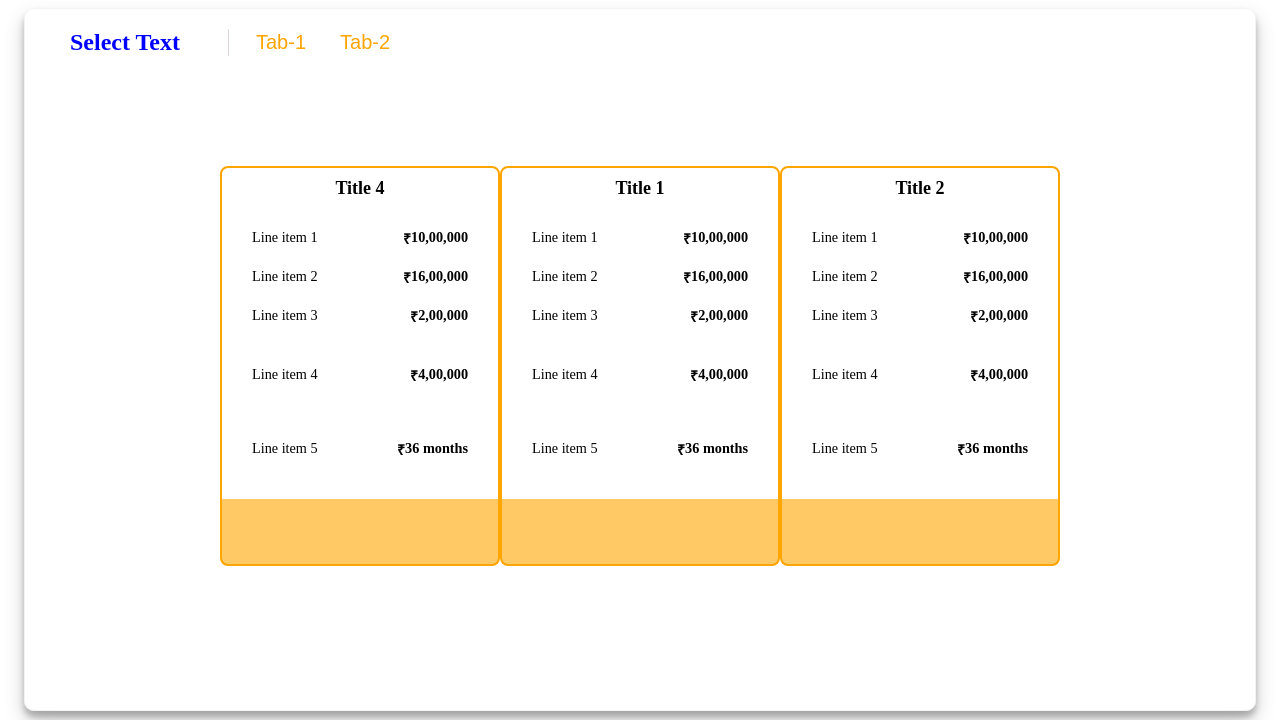
Repository: Adityanarayan-tiwari/Cardbox
Page: index.html
An editor plug-in stored every save of this project. The page is shown before and after the next save, followed by the edit.
The browser window is 1280 px wide. The pictures show the whole page.

Above is the page before, as saved 2020-07-25 15:20:49.

### index.html
<!DOCTYPE html>
<html lang="en">
<head>
    <meta charset="UTF-8">
    <meta name="viewport" content="width=device-width, initial-scale=1.0">
    <title>CardBox</title>
    <link rel="stylesheet" href="./index.css">
</head>
<body>




    <!-- Page Wrapper -->
    <div class="page-wrapper">
        <div class="page-heading" id="myDIV">
            <h2>Select Text</h2>
            <button class="prev btn">Tab-1</button>
            <button class="next btn">Tab-2</button>
        </div>

        <!-- Card Slider -->
        <div class="card-slider">

            <!--  Card Wrapper -->
                <div class="card-wrapper">
                    <div class="card">
                        <h3>Title 1</h3>
                    <div class="card-content">
                        <ul>
                            <li>Line item 1</li>
                            <li><span>&#8377</span>10,00,000</li>
                        </ul>
                        <ul>
                            <li>Line item 2</li>
                            <li><span>&#8377</span>16,00,000</li>
                        </ul>
                        <ul>
                            <li>Line item 3</li>
                            <li><span>&#8377</span>2,00,000</li>
                        </ul>
                        <ul>
                            <li>Line item 4</li>
                            <li><span>&#8377</span>4,00,000</li>
                        </ul>
                        <ul>
                            <li>Line item 5</li>
                            <li><span>&#8377</span>36 months</li>
                        </ul>
                    </div>
                    <div class="lower"></div>
                    </div>
                    <div class="card">
                        <h3>Title 2</h3>
                    <div class="card-content">
                        <ul>
                            <li>Line item 1</li>
                            <li><span>&#8377</span>10,00,000</li>
                        </ul>
                        <ul>
                            <li>Line item 2</li>
                            <li><span>&#8377</span>16,00,000</li>
                        </ul>
                        <ul>
                            <li>Line item 3</li>
                            <li><span>&#8377</span>2,00,000</li>
                        </ul>
                        <ul>
                            <li>Line item 4</li>
                            <li><span>&#8377</span>4,00,000</li>
                        </ul>
                        <ul>
                            <li>Line item 5</li>
                            <li><span>&#8377</span>36 months</li>
                        </ul>
                    </div>
                    <div class="lower"></div>
                    </div>
                    <div class="card">
                        <h3>Title 3</h3>
                    <div class="card-content">
                        <ul>
                            <li>Line item 1</li>
                            <li><span>&#8377</span>10,00,000</li>
                        </ul>
                        <ul>
                            <li>Line item 2</li>
                            <li><span>&#8377</span>16,00,000</li>
                        </ul>
                        <ul>
                            <li>Line item 3</li>
                            <li><span>&#8377</span>2,00,000</li>
                        </ul>
                        <ul>
                            <li>Line item 4</li>
                            <li><span>&#8377</span>4,00,000</li>
                        </ul>
                        <ul>
                            <li>Line item 5</li>
                            <li><span>&#8377</span>36 months</li>
                        </ul>
                    </div>
                    <div class="lower"></div>
                    </div>
                    <div class="card">
                        <h3>Title 4</h3>
                    <div class="card-content">
                        <ul>
                            <li>Line item 1</li>
                            <li><span>&#8377</span>10,00,000</li>
                        </ul>
                        <ul>
                            <li>Line item 2</li>
                            <li><span>&#8377</span>16,00,000</li>
                        </ul>
                        <ul>
                            <li>Line item 3</li>
                            <li><span>&#8377</span>2,00,000</li>
                        </ul>
                        <ul>
                            <li>Line item 4</li>
                            <li><span>&#8377</span>4,00,000</li>
                        </ul>
                        <ul>
                            <li>Line item 5</li>
                            <li><span>&#8377</span>36 months</li>
                        </ul>
                    </div>
                    <div class="lower"></div>
                    </div>
                </div>
            <!-- // Card Wrapper -->

        </div>
        <!-- // Card Slider -->

    </div>
    <!-- // Page Wrapper -->







    <!-- JQuery cdn Link -->
    <script src="https://code.jquery.com/jquery-3.5.1.slim.min.js"></script>

    <!-- Slick Carousel JS cdn Link -->
    <script type="text/javascript" src="https://cdn.jsdelivr.net/npm/slick-carousel@1.8.1/slick/slick.min.js"></script>

    <!-- Custom JavaScript -->
    <script src="./index.js"></script>
</body>
</html>

### index.css




.page-wrapper{
    max-width: 1200px;
    margin: 0 auto;
    padding: 0 15px;
    border: 1px solid #f3f3f3;
    box-shadow: 0 10px 20px rgba(0,0,0,0.19), 0 6px 6px rgba(0,0,0,0.23);
    border-radius: 10px;
}



.page-heading{
    display: flex;
}
.page-heading h2 {
    margin: 20px 30px;
    color: blue;
    padding-right: 4%;
    border-right: 1px solid rgb(223, 213, 213);
    margin-right: 10px;
}
.page-heading .next,.prev {
    margin: 10px;
    display: block;
    background: transparent;
    border: 1px solid transparent;
    color: orange;
    font-size: 20px;
    outline: none;
    cursor: pointer;
}
/* .page-heading .next:hover{
    text-decoration: underline;
}
.page-heading .prev:hover{
    text-decoration: underline;
} */



.card-slider{
    margin: 2% auto 0% auto;
    /* background-color:yellowgreen; */
    /* border: 1px solid black;     */
}
.card-slider .card-wrapper{
    width: 70%;
    height: 550px;
    margin: 0 auto;
    overflow: hidden;
    /* background-color: bisque; */
    /* border:1px solid green; */
    padding: 3% 0 2% 0%;
}


.card-slider .card-wrapper .card{
    max-width: 300px;
    min-height: 400px;
    margin: 30px 0px 20px 0px;

    border: 2px solid orange;
    border-radius: 8px;
    background:white;
    outline: none;
    box-sizing:border-box;

    display: inline-block;
    position: relative;
}



.card h3{
    font-size: 18px;
    margin:0 auto;
    margin-top: 10px;
    margin-bottom:0px;
    text-align: center;
}


.card-content{
    padding: 20px 10px;
    padding-bottom: 60px;
}
.card-content ul{
    padding: 0;
    margin: 0;
    padding: 10px 0;
    display: flex;
    justify-content: space-between;
}
.card-content ul li{
    list-style: none;
    display: flex;
    padding: 0 20px;
    font-size: 0.89em;
}
.card-content ul li:nth-child(2){
    font-weight: bold;
}

.card-content ul:nth-child(4) {
    padding-top: 30px;
    padding-bottom: 35px;
}
.card-content ul:nth-child(5){
    padding-top: 20px;
    padding-bottom: 5px;
}
.lower {
    width: 100%;
    background: orange;
    height: 65px;
    box-sizing: border-box;
    position: absolute;
    bottom: 0;
    padding-top: 10px;
    opacity: .6;
}


    /* card hover  */

    /* .card:hover:after{
    position: absolute;
    content:'';
    bottom:-15px;
    width: 100%;
    height: 6px;
    border-radius: 40%;
    background:rgb(247, 243, 243);
} */





.card:hover {
    /* transform: scale(1.3); */
    transform:  translateX(0px) translateY(-32px) translateZ(0px) scale(1.2);
    transition: 1s ease-in-out;
    z-index: 1;
}

.card:hover h3{
    background: orange;
    border-radius: 20px;
    color: white;
    padding: 1% 3% 4% 3%;
    position: absolute;
    top: -3%;
    left: 50%;
    transform: translate(-50%,-50%);
    width: 150px;
}
.card:hover .middle {
    padding-top: 50px;
    padding-bottom: 60px;
}


.slick-slide + .slick-slide {
    pointer-events: none;
}
.slick-slide + .slick-current  {
    pointer-events: fill;
}



.card-wrapper .card:nth-child(1){
    order: 1;
    /* pointer-events: none; */
}
.card-wrapper .card:nth-child(2){
    order: 2;
}





/* mystyle */


.btnactive, .btn:hover {
    text-decoration: underline;
  }


.active{
    transform:  translateX(0px) translateY(-32px) translateZ(0px) scale(1.2);
    transition: 1s ease-in-out;
    z-index: 1;
}

.active:after{
    position: absolute;
    content:'';
    bottom:-15px;
    width: 100%;
    height: 6px;
    border-radius: 40%;
    background:rgb(247, 243, 243);
}

### index.js

// Add active class to the current button (highlight it)
var header = document.getElementById("myDIV");
var btns = header.getElementsByClassName("btn");
for (var i = 0; i < btns.length; i++) {
  btns[i].addEventListener("click", function() {
  var current = document.getElementsByClassName("btnactive");
  if (current.length > 0) {
    current[0].className = current[0].className.replace(" btnactive", "");
  }
  this.className += " btnactive";
  });
}

$(document).ready(function(){


    $("btn").click(function(){
        $(".card.slick-slide.slick-current.slick-active.slick-center").addClass("active");
        if($(this).hasClass('active'))
        {
            $(this).addClass('active').removeClass('red');
        }
        else
        {
        $(this).addClass('red').removeClass('blue');
        }
      });





    $('.card-wrapper').slick({

    slidesToShow: 3,
    slidesToScroll: 1,

    accessibility: true,
    adaptiveHeight: true,
    centerMode: true,
    centerPadding: '0px',

    nextArrow:$('.next'),
    prevArrow:$('.prev'),
    responsive: [
    {
        breakpoint: 1240,
        settings: {
            arrows: true,
            slidesToShow: 3
        }
        },
        {
        breakpoint: 768,
        settings: {
            arrows: false,
            slidesToShow: 3
        }
        },
        {
        breakpoint: 480,
        settings: {
            arrows: false,
            slidesToShow: 1
        }
        }
    ]

    });
    // $('.card-wrapper').on('afterChange', function(event, slick, currentSlide){
    //     $('.card').removeClass('active');
    //     $('.card').addClass('active');
    // });

    // $('.card-wrapper').on('beforeChange', function(event, slick, currentSlide){
    //     $('.card').removeClass('active');
    //     $('.card').addClass('active');
    // });

});

After the next save:
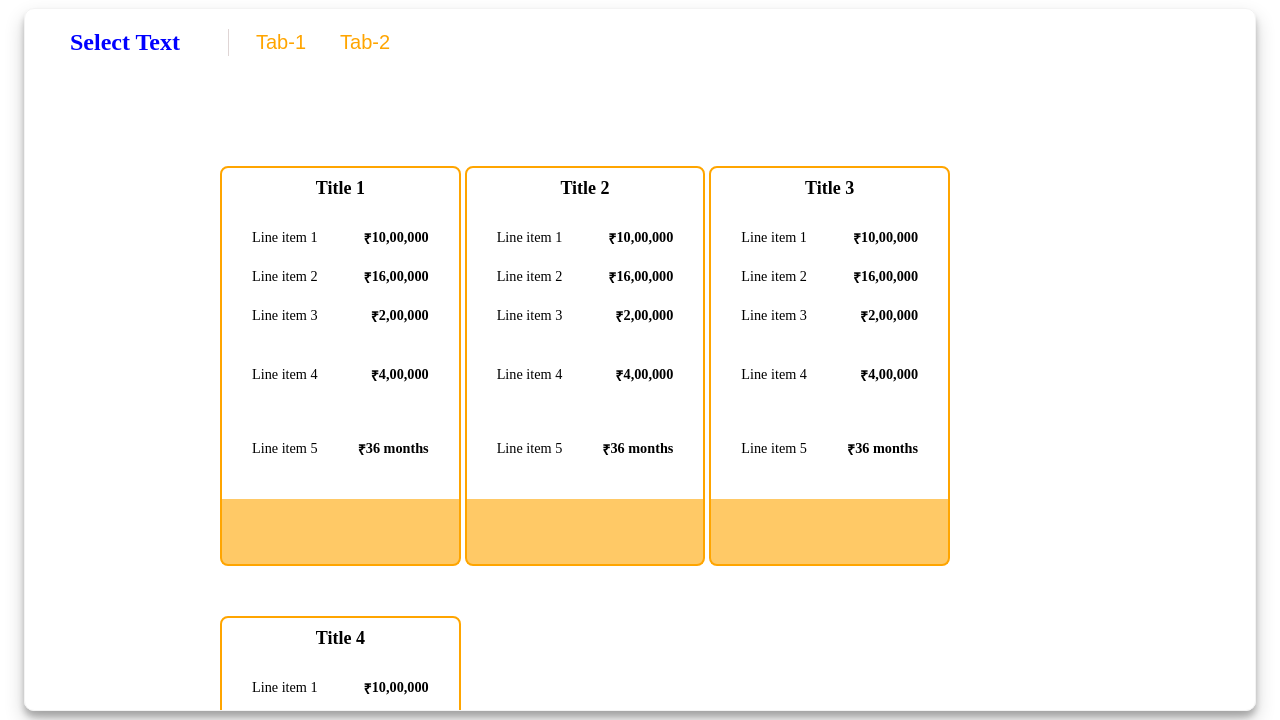
Console error: SyntaxError: Unexpected token '.'
Saved 15 s later.
--- a/index.js
+++ b/index.js
@@ -17,7 +17,7 @@
 
     $("btn").click(function(){
         $(".card.slick-slide.slick-current.slick-active.slick-center").addClass("active");
-        if($(this).hasClass('active'))
+        if($(.card.slick-slide.slick-current.slick-active.slick-center).hasClass('active'))
         {
             $(this).addClass('active').removeClass('red');
         }

After the save that followed:
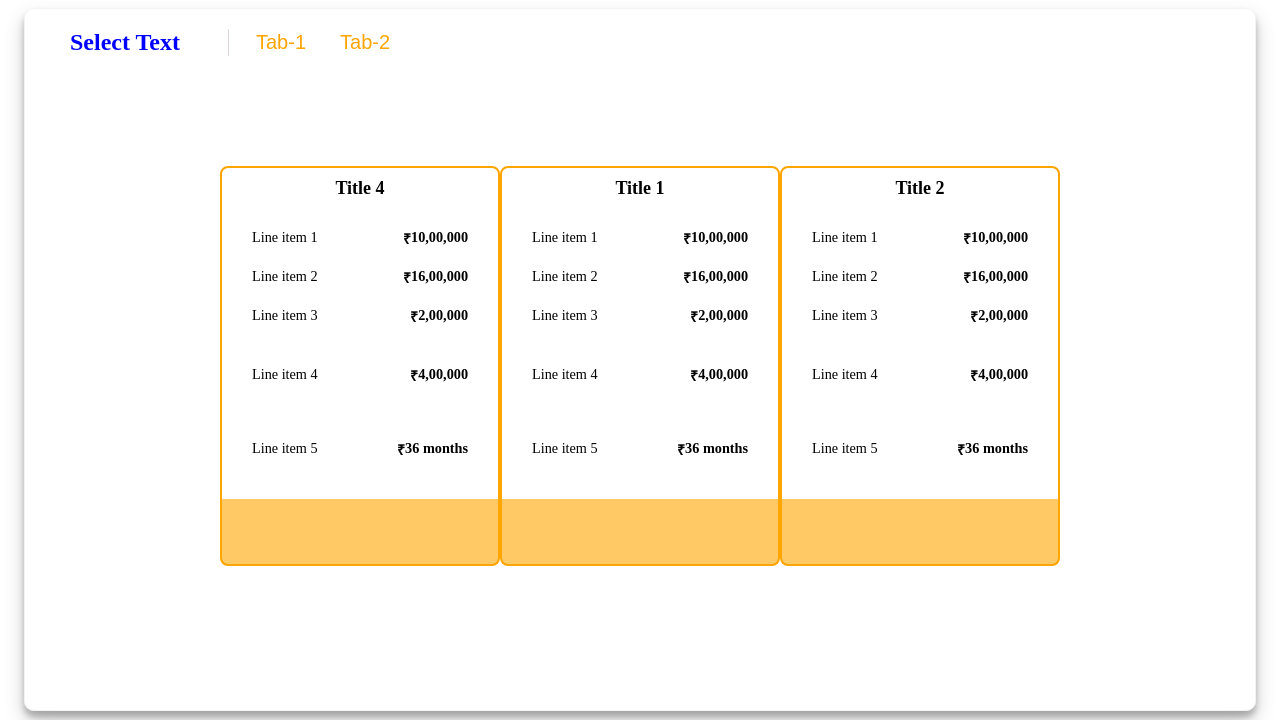
The error is gone.
Saved 4 s later.
--- a/index.js
+++ b/index.js
@@ -17,7 +17,7 @@
 
     $("btn").click(function(){
         $(".card.slick-slide.slick-current.slick-active.slick-center").addClass("active");
-        if($(.card.slick-slide.slick-current.slick-active.slick-center).hasClass('active'))
+        if($(this).hasClass('active'))
         {
             $(this).addClass('active').removeClass('red');
         }
